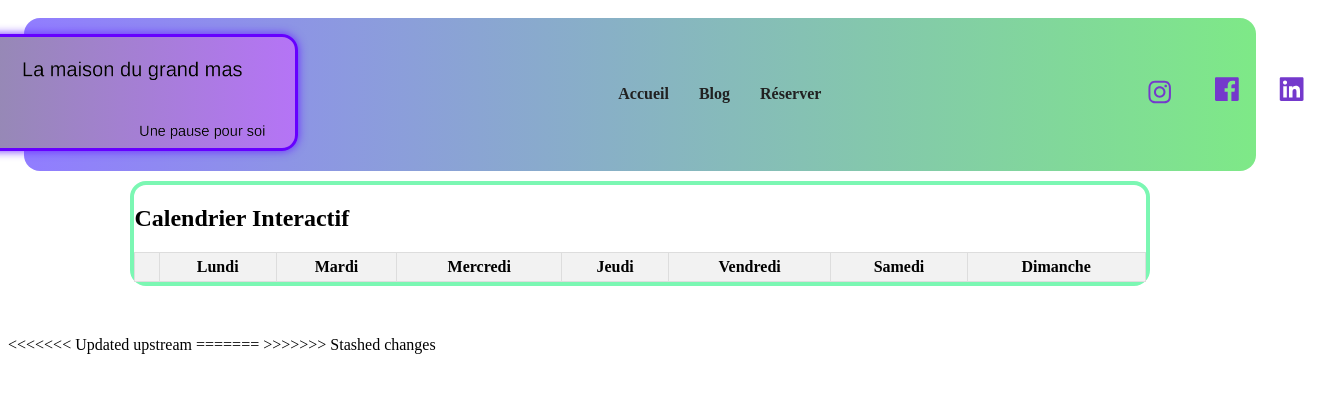
Repository: Crosnierpaul/Les_Rangers_de_Pouvoir
Page: http://localhost/entretien
An editor plug-in stored every save of this project. The page is shown before and after the next save, followed by the edit.
The browser window is 1280 px wide. The page is 1324 px wide, so the pictures cover 1324 px, including what lies to the right of the window. The pictures show the whole page.
The page is served by the project's Node server (site/server.js).

Above is the page before, as saved 2024-05-13 09:21:52.
Console error: TypeError: Cannot set properties of null (setting 'innerHTML')

After the next save:
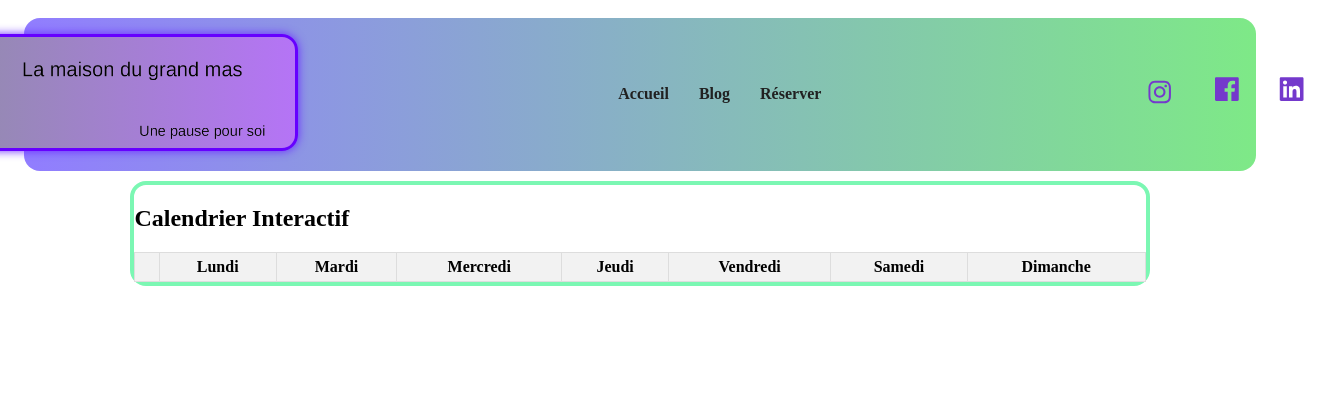
Saved 4 s later.
--- a/site/public/views/entretien.ejs
+++ b/site/public/views/entretien.ejs
@@ -34,10 +34,6 @@
 
     </div>
 
-<<<<<<< Updated upstream
-    <script src="/js/entretien.js"></script>
-=======
     <script src="../js/entretien.js"></script>
->>>>>>> Stashed changes
 </body>
 </html>
